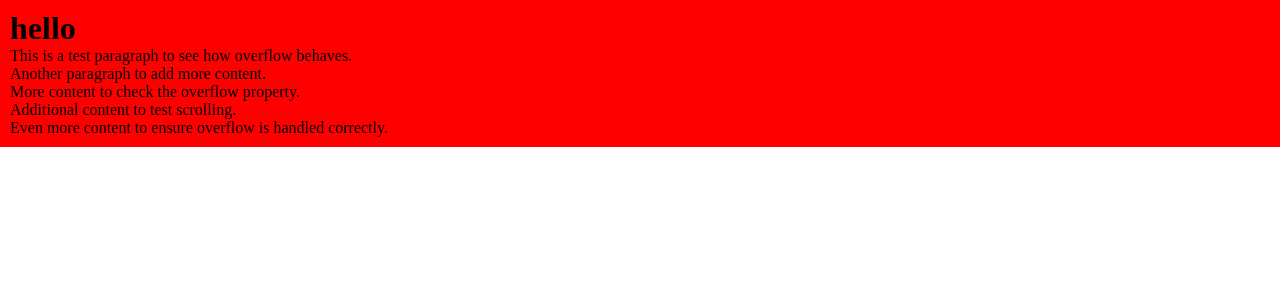
Repository: itz-mohanmadhav-18/Full-stack
Page: Html+css/day-3/flex.html
The author's editor kept a copy of each file at every save. The page is drawn from the files as they stood at one save, then again after the next save.
The browser window is 1280 px wide. The pictures show the whole page.

Above is the page before, as saved 2024-06-16 06:56:02.

### Html+css/day-3/flex.html
<!DOCTYPE html>
<html lang="en">
<head>
    <meta charset="UTF-8">
    <meta name="viewport" content="width=device-width, initial-scale=1.0">
    <link rel="stylesheet" href="flex.css">
    <title>Document</title>
</head>
<body>
    <div>
        <h1>hello</h1>
        <p>This is a test paragraph to see how overflow behaves.</p>
        <p>Another paragraph to add more content.</p>
        <p>More content to check the overflow property.</p>
        <p>Additional content to test scrolling.</p>
        <p>Even more content to ensure overflow is handled correctly.</p>
    </div>
</body>
</html>

### Html+css/day-3/flex.css
* {
    padding: 0;
    margin: 0;
    box-sizing: border-box; /* Ensure padding is included in the width and height */
}

div {
    background: red;
    max-height: 500px;
    padding: 10px;
    overflow: auto; /* Add scrollbars if content exceeds height */
}

After the next save:
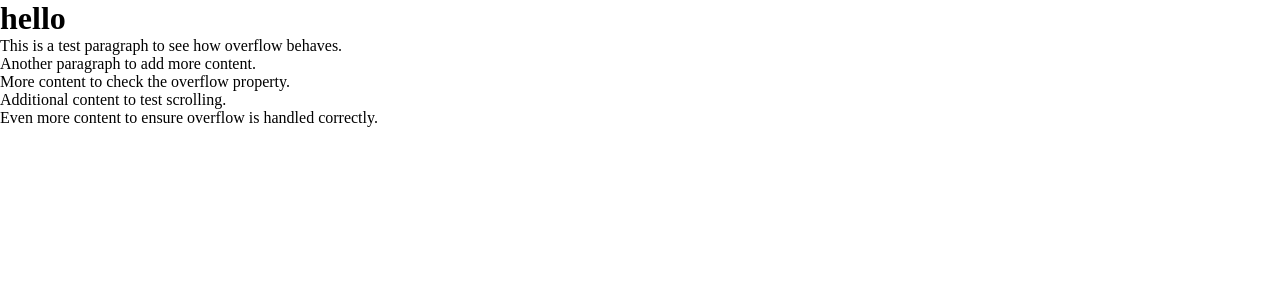
Saved 3 min 47 s later.
--- a/Html+css/day-3/flex.css
+++ b/Html+css/day-3/flex.css
@@ -4,7 +4,7 @@
     box-sizing: border-box; /* Ensure padding is included in the width and height */
 }
 
-div {
+.main {
     background: red;
     max-height: 500px;
     padding: 10px;
